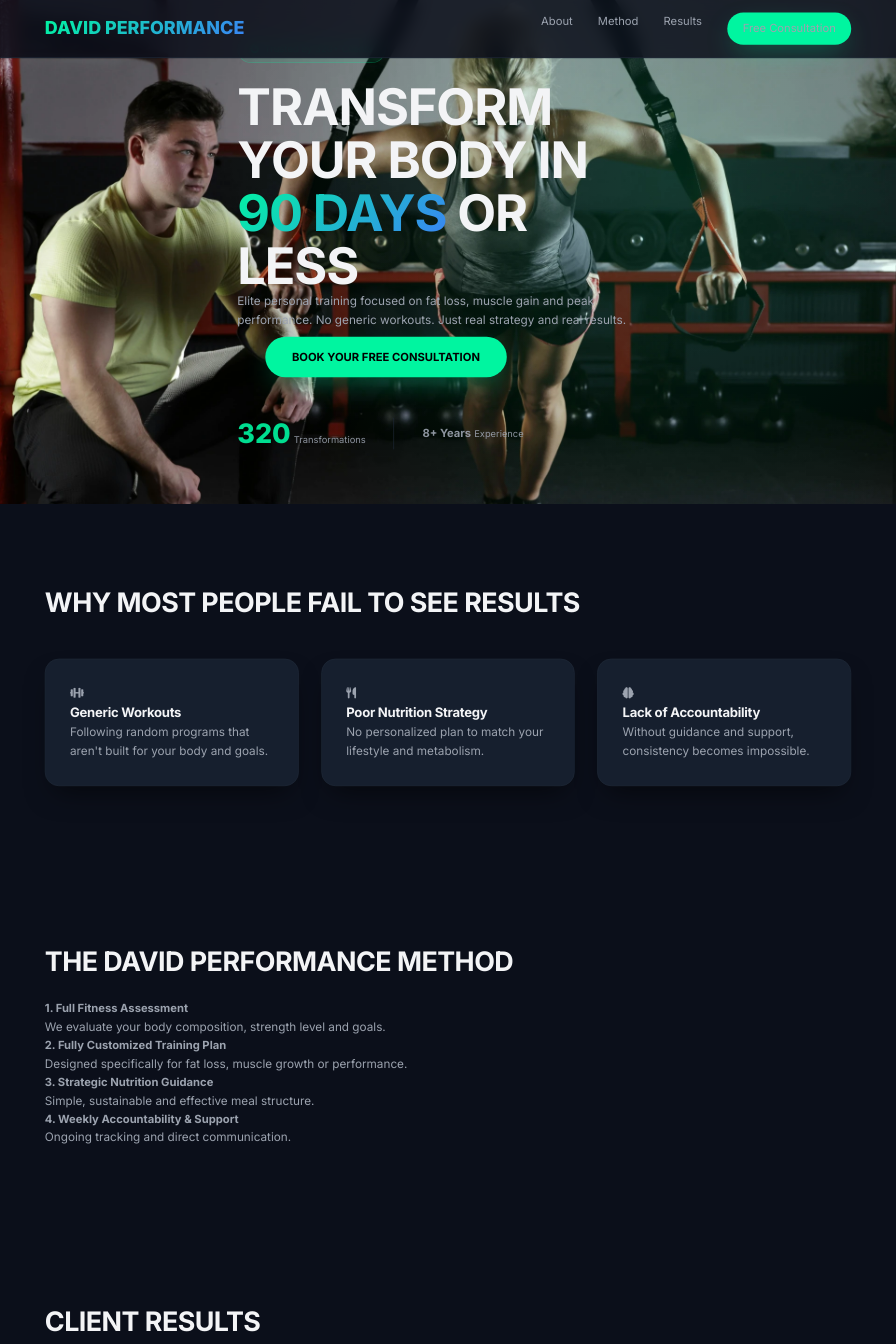
Repository: davidfsillva/Landing-page-pro
Page: index.html
These files come from the project's save history. The page is drawn as it stood at one moment and after the next save; the edit follows.
The browser window is 1280 px wide. The pictures show the part of the page from y = 0 to 1920 px (the page is 3387 px tall), at 70% of full size.

Above is the page before, as saved 2026-02-25 16:04:20.

After the next save:
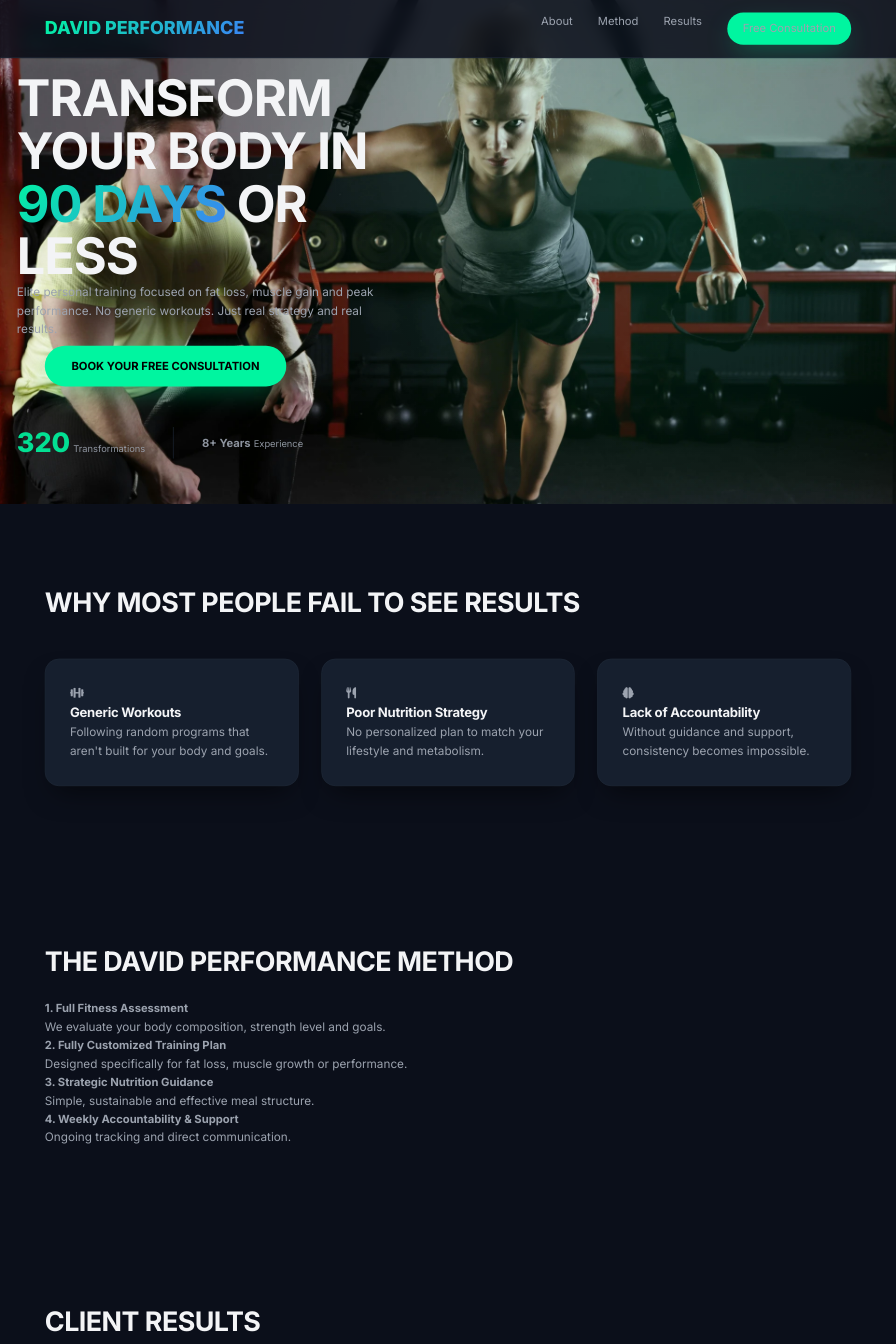
Saved 2 min 7 s later.
--- a/style.css
+++ b/style.css
@@ -206,7 +206,9 @@ header {
 .hero-content {
     position: relative;
     z-index: 2;
-    max-width: 650px;
+    max-width: 600px;   /* controla largura do texto */
+    margin-left: 0;     /* remove qualquer centralização */
+    text-align: left;   /* garante alinhamento */
 }
 
 /* BOTÃO MAIS À DIREITA */
